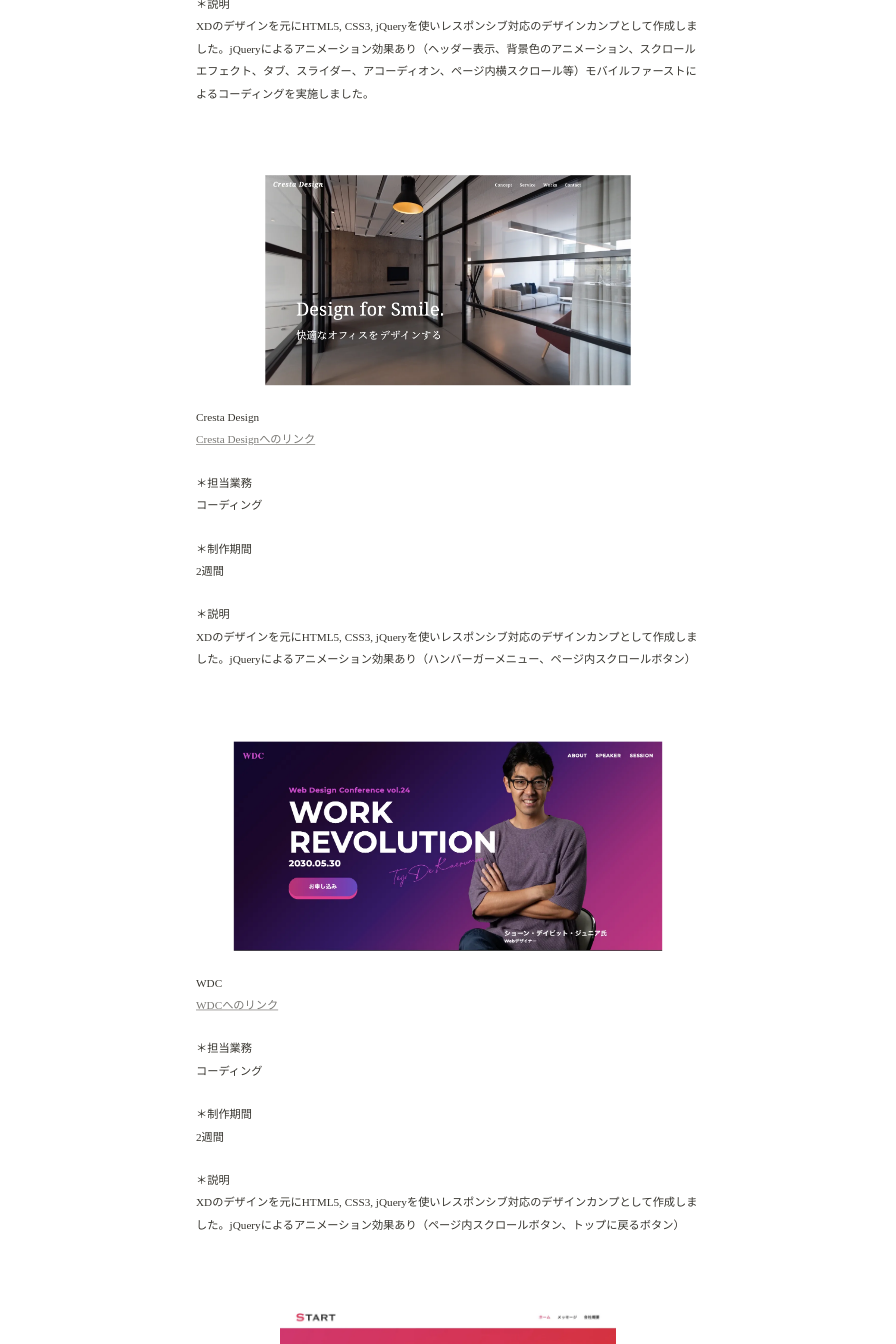
Repository: tetishi/my-portfolio
Page: index.html
An editor plug-in stored every save of this project. The page is shown before and after a run of saves, followed by the edit.
The browser window is 1280 px wide. The pictures show the part of the page from y = 1196 to 3116 px (the page is 6517 px tall before and 7389 px after), at 70% of full size.
The style sheet was rebuilt from its Sass, Less or Tailwind sources for each picture, by a compiler version that may differ from the author's.

Above is the page before, as saved 2023-08-23 15:35:44.

After the next 3 saves:
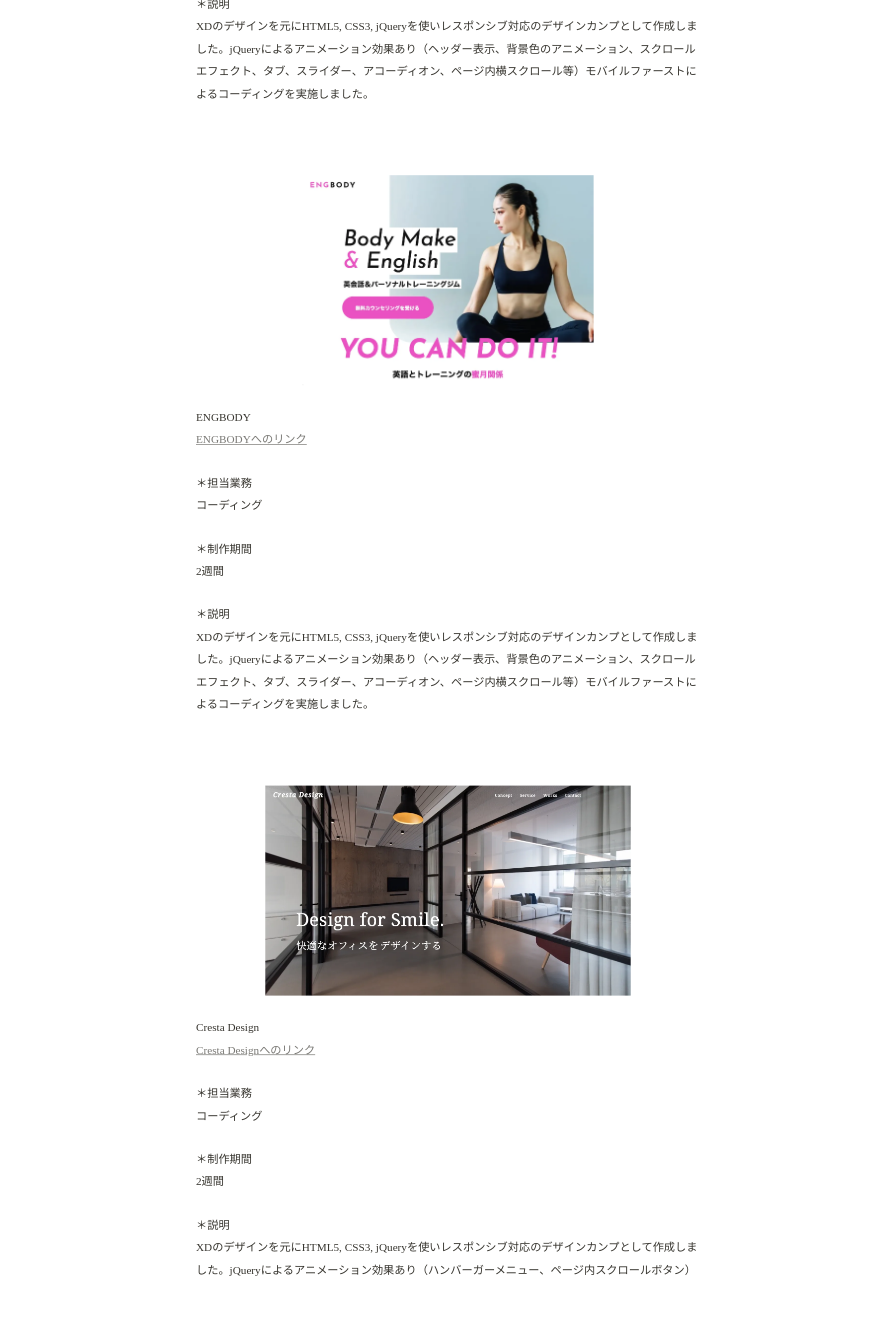
The 3 saves are shown as one change because they came seconds apart.
The last was saved 8 days later.
--- a/index.html
+++ b/index.html
@@ -38,6 +38,27 @@
             <h2>過去の作品</h2>
             <h3 class="sub-tit">LP作成</h3>
 
+                        <!-- １作品目 -->
+            <div class="work">
+                <!-- サイトのイメージ写真を入れます -->
+                <picture>
+                    <source srcset="img/engbody.webp" type="image/webp">
+                    <img src="img/engbody.png">
+                </picture>
+                <!-- ここ記入 -->
+                <p class="work_tit">ENGBODY</p>
+                <!-- ここ記入 -->
+                <p class="work_link"><a target="_blank" rel="noopener noreferrer" href="https://tetishi.github.io/engbody/">ENGBODYへのリンク</a></p>
+                <p class="details">＊担当業務</p>
+                <p>コーディング</p>
+                <p class="details">＊制作期間</p>
+                <!-- ここ記入 -->
+                <p>2週間</p>
+                <p class="details">＊説明</p>
+                <!-- ここ記入 -->
+                <p>XDのデザインを元にHTML5, CSS3, jQueryを使いレスポンシブ対応のデザインカンプとして作成しました。jQueryによるアニメーション効果あり（ヘッダー表示、背景色のアニメーション、スクロールエフェクト、タブ、スライダー、アコーディオン、ページ内横スクロール等）モバイルファーストによるコーディングを実施しました。</p>
+            </div>
+
             <!-- １作品目 -->
             <div class="work">
                 <!-- サイトのイメージ写真を入れます -->
